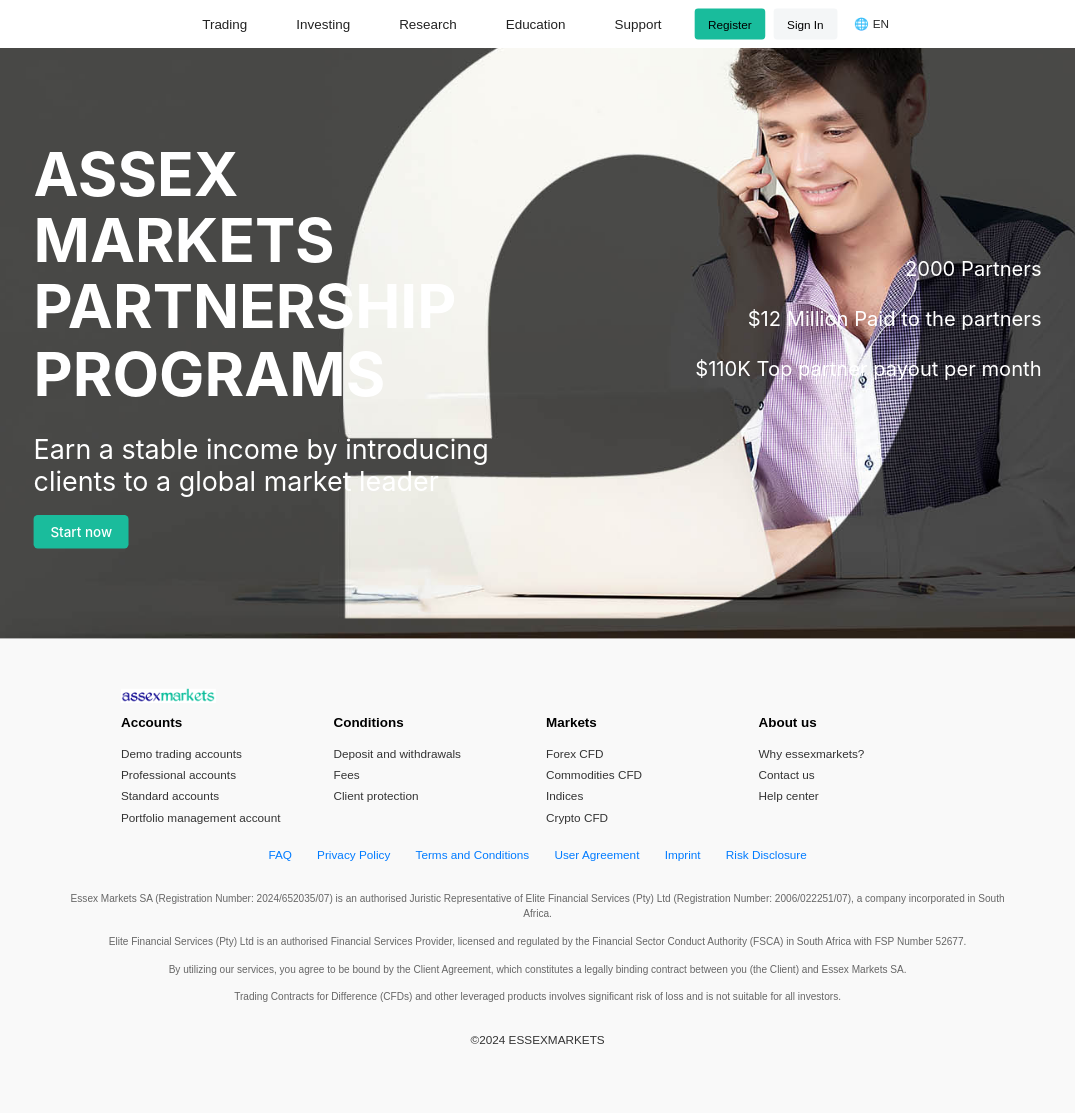
Repository: RevenewMarketing/Assex
Page: /partner
These files come from the project's save history. The page is drawn as it stood at one moment and after the next save; the edit follows.
The browser window is 1280 px wide. The pictures show the whole page, at 84% of full size.
The project was rebuilt for these pictures with package versions that can differ from the ones it lists, and the page was loaded fresh each time. Also part of the build but not shown: vite.config.ts, src/pages/home/sections/HeroSection.module.css, src/pages/home/sections/HeroSection.tsx, src/pages/home/sections/Section2.tsx, src/pages/home/sections/Section3.tsx, src/pages/home/sections/Section4.tsx, src/pages/home/sections/Section5.tsx, src/pages/home/sections/Section6.tsx and 10 more.

Above is the page before, as saved 2024-11-28 00:31:35.

### index.html
<!doctype html>
<html lang="en">
  <head>
    <meta charset="UTF-8" />
    <link rel="icon" type="image/svg+xml" href="/vite.svg" />
    <meta name="viewport" content="width=device-width, initial-scale=1.0" />
    <title>Assex</title>
  </head>
  <body>
    <div id="root"></div>
    <script type="module" src="/src/main.tsx"></script>
  </body>
</html>

### src/index.css
:root {
  font-family: Inter, system-ui, Avenir, Helvetica, Arial, sans-serif;
  line-height: 1.5;
  font-weight: 400;
  color-scheme: light dark;
  color: rgba(255, 255, 255, 0.87);
  background-color: #ffffff;
  font-synthesis: none;
  max-width: 1920px;
  margin: auto;
  text-rendering: optimizeLegibility;
  -webkit-font-smoothing: antialiased;
  -moz-osx-font-smoothing: grayscale;
}

a {
  font-weight: 500;
  color: #646cff;
  text-decoration: inherit;
}

a:hover {
  color: #535bf2;
}

body {
  margin: 0;
  display: flex;
  place-items: center;
  min-width: 320px;
  min-height: 100vh;
  background-color: #FFF;
  /* align-content: center; */
  flex-direction: column;
  justify-content: flex-start;
}

h1 {
  font-size: 3.2em;
  line-height: 1.1;
}

button {
  border-radius: 8px;
  border: 1px solid transparent;
  padding: 0.6em 1.2em;
  font-size: 1em;
  font-weight: 500;
  font-family: inherit;
  background-color: #1a1a1a;
  cursor: pointer;
  transition: border-color 0.25s;
}

button:hover {
  border-color: #646cff;
}

button:focus,
button:focus-visible {
  outline: 4px auto -webkit-focus-ring-color;
}

@media (prefers-color-scheme: light) {
  :root {
    color: #213547;
    background-color: #ffffff;
  }

  a:hover {
    color: #747bff;
  }

  button {
    background-color: #f9f9f9;
  }
}

### src/App.tsx

import './App.css'
// import Navigation from './pages/home/Navigation'
import NavigationMenu from './components/navigation-menu/NavigationMenu'

import { BrowserRouter, Route, Routes } from 'react-router';
import Home from './pages/home/Home';
import Footer from './components/footer-section/Footer';
import About from './pages/about/About';
import Partner from './pages/partner/Partner';

function App() {

  return (
    <>
    <BrowserRouter>
    <NavigationMenu />
    <Routes>
      <Route path="/" element={<Home />} />
      <Route path="/about" element={<About />} />
      <Route path="/partner" element={<Partner />} />
      {/* Define other routes */}
    </Routes>
    <Footer />
  </BrowserRouter>


    </>
  )
}

export default App

### src/App.css
#root {
  max-width: 1920px;
  width: 100%;
  margin: 0 auto;
  padding: 0;
  text-align: center;
}

.logo {
  height: 6em;
  padding: 1.5em;
  will-change: filter;
  transition: filter 300ms;
}
.logo:hover {
  filter: drop-shadow(0 0 2em #646cffaa);
}
.logo.react:hover {
  filter: drop-shadow(0 0 2em #61dafbaa);
}

@keyframes logo-spin {
  from {
    transform: rotate(0deg);
  }
  to {
    transform: rotate(360deg);
  }
}

@media (prefers-reduced-motion: no-preference) {
  a:nth-of-type(2) .logo {
    animation: logo-spin infinite 20s linear;
  }
}

.card {
  padding: 2em;
}

.read-the-docs {
  color: #888;
}

/* Auth Buttons */
.authButtons {
  /* margin-left: auto; */
  display: flex;
  gap: 10px;
}

### src/components/navigation-menu/NavigationMenu.tsx
import { useState } from 'react';
import { Link } from 'react-router';
import styles from './NavigationMenu.module.css';
import ReusableButton from '../ReusableButton';

interface SubmenuItem {
  title: string;
  link: string;
}

interface MenuItem {
  id: number;
  title: string;
  submenu: {
    [key: string]: SubmenuItem[];
  };
}

// Menu data
const menuData: MenuItem[] = [
  {
    id: 1,
    title: 'Trading',
    submenu: {
      accounts: [
        { title: 'Demo trading accounts', link: '/demo-trading-accounts' },
        { title: 'Technical support', link: '/technical-support' },
        { title: 'Account management', link: '/account-management' },
      ],
      conditions: [
        { title: 'Help center', link: '/help-center' },
        { title: 'Contact us', link: '/contact-us' },
        { title: 'FAQs', link: '/faqs' },
      ],
    },
  },
  {
    id: 2,
    title: 'Investing',
    submenu: {
      accounts: [
        { title: 'Retirement accounts', link: '/retirement-accounts' },
        { title: 'Education savings accounts', link: '/education-savings-accounts' },
        { title: 'Brokerage accounts', link: '/brokerage-accounts' },
      ],
      conditions: [
        { title: 'Investment options', link: '/investment-options' },
        { title: 'Fees', link: '/fees' },
        { title: 'Tax advantages', link: '/tax-advantages' },
      ],
    },
  },
  {
    id: 3,
    title: 'Research',
    submenu: {
      accounts: [
        { title: 'Market analysis', link: '/market-analysis' },
        { title: 'Stock research', link: '/stock-research' },
        { title: 'Mutual fund research', link: '/mutual-fund-research' },
      ],
      conditions: [
        { title: 'Research tools', link: '/research-tools' },
        { title: 'Market news', link: '/market-news' },
        { title: 'Analyst reports', link: '/analyst-reports' },
      ],
    },
  },
  {
    id: 4,
    title: 'Education',
    submenu: {
      accounts: [
        { title: 'Webinars', link: '/webinars' },
        { title: 'Tutorials', link: '/tutorials' },
        { title: 'Courses', link: '/courses' },
      ],
      conditions: [
        { title: 'Learning paths', link: '/learning-paths' },
        { title: 'Certifications', link: '/certifications' },
        { title: 'Workshops', link: '/workshops' },
      ],
    },
  },
  {
    id: 5,
    title: 'Support',
    submenu: {
      accounts: [
        { title: 'Customer service', link: '/customer-service' },
        { title: 'Technical support', link: '/technical-support' },
        { title: 'Account management', link: '/account-management' },
      ],
      conditions: [
        { title: 'Help center', link: '/help-center' },
        { title: 'Contact us', link: '/contact-us' },
        { title: 'FAQs', link: '/faqs' },
      ],
    },
  },
];

const buttonLinks = {
  register: 'https://my.assexmarkets.com/auth/register',
  signIn: 'https://my.assexmarkets.com/auth/login',
  freeDemo: 'https://my.assexmarkets.com/auth/login',
  loginText: 'Login',
  registerText: 'Register',
  freeDemoText: 'Try Free Demo',
};


const NavigationMenu: React.FC = () => {
  const [activeMenu, setActiveMenu] = useState<number | null>(null);
  const [isSubmenuVisible, setIsSubmenuVisible] = useState<boolean>(false);
  const [isAnimating, setIsAnimating] = useState<boolean>(false);

  // Handle menu item clicks
  const handleMenuClick = (id: number) => {
    if (id === activeMenu) {
      // If clicking the active menu, initiate closing
      if (!isAnimating && isSubmenuVisible) {
        setIsAnimating(true);
        setIsSubmenuVisible(false);
      }
    } else {
      if (isSubmenuVisible) {
        // If submenu is already open, switch to new menu without fade
        setActiveMenu(id);
      } else {
        // Open submenu with fade in
        setActiveMenu(id);
        setIsSubmenuVisible(true);
      }
    }
  };

  // Handle overlay click to close submenu
  const handleOverlayClick = () => {
    if (activeMenu !== null && !isAnimating && isSubmenuVisible) {
      setIsAnimating(true);
      setIsSubmenuVisible(false);
    }
  };

  // Handle animation end for submenu
  const handleSubmenuAnimationEnd = () => {
    if (!isSubmenuVisible) {
      setActiveMenu(null);
      setIsAnimating(false);
    }
  };

  // Prevent changing activeMenu during fade out animation
  const handleNewMenuClick = (id: number) => {
    if (isAnimating) return; // Do nothing if animating
    handleMenuClick(id);
  };

  const submenu = menuData.find((m) => m.id === activeMenu)?.submenu;

  return (
    <div className={styles.navigationContainer}>
      <nav className={styles.navigationBar}>
        {/* <div className={styles.navLogo}>
         <Link
          to="/"
          className={styles.logo}
         > <img src="../../assets/react.svg" alt="logo" /></Link>
        </div> */}

        {/* Main Menu Items */}
        {menuData.map((menu) => (
          <div key={menu.id} className={styles.menuItemContainer}>
            <button
              className={`${styles.menuItem} ${
                activeMenu === menu.id ? styles.active : ''
              }`}
              onClick={() => handleNewMenuClick(menu.id)}
            >
              {menu.title}
            </button>
          </div>
        ))}

        {/* Register and Sign In Buttons */}
        <div className={'authButtons'}>
          <ReusableButton
            link={buttonLinks.register}
            type={'register'}
            text='Register'
          />
          <ReusableButton
            link={buttonLinks.signIn}
            type={'sign-in'}
            text='Sign In'
          />
          </div>

        {/* Language Selector */}
        <div className={styles.languageSelector}>
          <span className={styles.globeIcon}>🌐</span> EN
        </div>
      </nav>

      {/* Submenu Drawer */}
      {activeMenu !== null && (
        <div
          className={`${styles.submenu} ${
            isSubmenuVisible ? styles.fadeIn : styles.fadeOut
          }`}
          onAnimationEnd={handleSubmenuAnimationEnd}
        >
          <div className={styles.submenuContent}>
            {submenu &&
              Object.keys(submenu).map((key) => (
                <div className={styles.submenuSection} key={key}>
                  <h4 className={styles.submenuHeading}>
                    {key.charAt(0).toUpperCase() + key.slice(1)}
                  </h4>
                  {submenu[key].map((item, index) => (
                    <Link to={item.link} key={index} className={styles.submenuLink}>
                      <p>{item.title}</p>
                    </Link>
                  ))}
                </div>
              ))}
          </div>
        </div>
      )}

      {/* Overlay */}
      {isSubmenuVisible && (
        <div
          className={`${styles.overlay} ${
            isSubmenuVisible ? styles.fadeInOverlay : styles.fadeOutOverlay
          }`}
          onClick={handleOverlayClick}
        ></div>
      )}

      {/* Dummy Page Content */}
      <div
        className={`${styles.pageContent} ${
          isSubmenuVisible ? styles.dimmed : ''
        }`}
      >

      </div>
    </div>
  );
};

export default NavigationMenu;

### src/components/footer-section/Footer.tsx

import styles from './FooterStyles.module.css';
import essexLogo from '../../assets/pages/Global/2-Footer/1AssexMarket-WordMark.png';
import { Link } from 'react-router';

const footerContent = {
  accounts: [
    'Demo trading accounts',
    'Professional accounts',
    'Standard accounts',
    'Portfolio management account',
  ],
  conditions: ['Deposit and withdrawals', 'Fees', 'Client protection'],
  markets: ['Forex CFD', 'Commodities CFD', 'Indices', 'Crypto CFD'],
  aboutUs: ['Why essexmarkets?', 'Contact us', 'Help center'],
  links: ['FAQ', 'Privacy Policy', 'Terms and Conditions', 'User Agreement', 'Imprint', 'Risk Disclosure'],
  details: [
    'Essex Markets SA (Registration Number: 2024/652035/07) is an authorised Juristic Representative of Elite Financial Services (Pty) Ltd (Registration Number: 2006/022251/07), a company incorporated in South Africa.',
    'Elite Financial Services (Pty) Ltd is an authorised Financial Services Provider, licensed and regulated by the Financial Sector Conduct Authority (FSCA) in South Africa with FSP Number 52677.',
    'By utilizing our services, you agree to be bound by the Client Agreement, which constitutes a legally binding contract between you (the Client) and Essex Markets SA.',
    'Trading Contracts for Difference (CFDs) and other leveraged products involves significant risk of loss and is not suitable for all investors.',
  ],
};

const Footer: React.FC = () => {
  return (
    <footer className={styles.footerContainer}>
      <div className={styles.logoContainer}>
        <img src={essexLogo} alt="Essex Markets Logo" />
      </div>
      <div className={styles.columnsContainer}>
        <div>
          <h4>Accounts</h4>
          <ul>
            {footerContent.accounts.map((account, index) => (
              <li key={index}>{account}</li>
            ))}
          </ul>
        </div>
        <div>
          <h4>Conditions</h4>
          <ul>
            {footerContent.conditions.map((condition, index) => (
              <li key={index}>{condition}</li>
            ))}
          </ul>
        </div>
        <div>
          <h4>Markets</h4>
          <ul>
            {footerContent.markets.map((market, index) => (
              <li key={index}>{market}</li>
            ))}
          </ul>
        </div>
        <div>
          <Link
            to="/about"

           ><h4>About us</h4></Link>
          <ul>
            {footerContent.aboutUs.map((about, index) => (
              <li key={index}>{about}</li>
            ))}
          </ul>
        </div>
      </div>
      <div className={styles.linksContainer}>
        {footerContent.links.map((link, index) => (
          <a href="#" key={index}>
            {link}
          </a>
        ))}
      </div>
      <div className={styles.details}>
        {footerContent.details.map((detail, index) => (
          <p key={index}>{detail}</p>
        ))}
      </div>
      <div className={styles.copyright}>
        <p>©2024 ESSEXMARKETS</p>
      </div>
    </footer>
  );
};

export default Footer;

### src/pages/partner/Partner.tsx
import Section1 from "./sections/Section1"


const Partner = () => {
  return (
    <div>
      <Section1 />
    </div>
  )
}

export default Partner

### src/components/navigation-menu/NavigationMenu.module.css
.navigationContainer {
  position: relative;
  font-family: Arial, sans-serif;
}

/* Navigation Bar */
.navigationBar {
  position: fixed;
  top: 0;
  left: 0;
  width: 100%;
  display: flex;
  background-color: #ffffff;
  padding: 10px 20px;
  box-sizing: border-box;
  z-index: 1001;
  justify-content: center;
}

/* Menu Item Container */
.menuItemContainer {
  margin-right: 20px;
}

/* Menu Items */
.menuItem {
  background: none;
  border: none;
  color: rgb(34, 34, 34);
  font-size: 16px;
  cursor: pointer;
  transition: opacity 0.3s;
}

.menuItem:hover {
  opacity: 0.7;
}

.active {
  opacity: 0.5;
}



.languageSelector {
  margin-left: 20px;
  display: flex;
  align-items: center;
  font-size: 14px;
  color: #000000d8;
  cursor: pointer;
}

.globeIcon {
  margin-right: 5px;

}

/* Submenu */
.submenu {
  position: fixed;
  top: 50px;
  left: 0;
  width: 100%;
  height: 300px;
  background-color: #ffffff;
  box-shadow: 0 4px 8px rgba(0, 0, 0, 0.2);
  padding: 20px;
  box-sizing: border-box;
  z-index: 1000;
  opacity: 0;
  transform: translateY(-100%);
}

.submenuContent {
  display: flex
  ;
      justify-content: flex-start;
      gap: 10dvw;
      padding: 0 5dvw;
}

.submenuSection h4 {
  color: #0000003d;
}

.submenuSection {
  text-align: left;
}

.submenuSection a {
  color: #000000;
  text-decoration: none;
  cursor: pointer;
  transition: color 0.3s;
}

.submenuSection a:hover {
  color: #00b074;
  transition: color 0.3s;
}

/* Fade In Animation */
.fadeIn {
  animation: slide-in-top 0.3s cubic-bezier(0.25, 0.46, 0.45, 0.94) forwards;
}

@keyframes slide-in-top {
  0% {
    transform: translateY(-100%);
    opacity: 0;
  }
  100% {
    transform: translateY(0);
    opacity: 1;
  }
}

/* Fade Out Animation */
.fadeOut {
  animation: slide-out-top 0.3s cubic-bezier(0.25, 0.46, 0.45, 0.94) forwards;
}

@keyframes slide-out-top {
  0% {
    transform: translateY(0);
    opacity: 1;
  }
  100% {
    transform: translateY(-100%);
    opacity: 0;
  }
}

/* Overlay */
.overlay {
  position: fixed;
  top: 50px;
  left: 0;
  width: 100%;
  height: calc(100% - 50px);
  background: rgba(0, 0, 0, 0.5);
  z-index: 999;
  opacity: 0;
  visibility: hidden;
  transition: opacity 0.3s ease, visibility 0.3s ease;
}

.fadeInOverlay {
  opacity: 1;
  visibility: visible;
  backdrop-filter: blur(5px);
}

.fadeOutOverlay {
  opacity: 0;
  visibility: hidden;
}

/* Page Content */
.pageContent {
  /* padding: 80px 20px 20px 20px; */
  transition: opacity 0.3s;
}

.dimmed {
  opacity: 0.3;
}

### src/components/ReusableButton.tsx

import styles from './GlobalComponentStyles.module.css';

type Props = {
  link?: string;
  text: string;
  type: 'register' | 'sign-in' | 'logout' | 'profile' | 'settings' | 'help' | 'free-trial' | 'learn-more' | 'dark' | 'light';
};

export default function ReusableButton({ link, text, type }: Props) {
  return (
      <button
      style={{
        backgroundColor: type === 'register' ? '#19BC9C' :
        type === 'sign-in' ? '#F4F6F7' :
        type === 'logout' ? '#FF6347' :
        type === 'profile' ? '#FFA07A' :
        type === 'settings' ? '#FF7F50' :
        type === 'help' ? '#FFA500' :
        type === 'free-trial' ? '#FFD700' :
        type === 'learn-more' ? '#FF4500' :
        type === 'dark' ? '#4C4B4D' :
        type === 'light' ? '#fff' : '#000',
        color: type === 'dark' ? '#fff' : '#000'
      }}
        className={styles.registerButton}
        onClick={() => window.open(link, '_blank')}
      >{text}
      </button>

  );
}

### src/components/footer-section/FooterStyles.module.css
.footerContainer {
  background-color: #f9f9f9;
  color: #333;
  padding: 60px 20px;
  font-family: Arial, sans-serif;
  font-size: 14px;
  line-height: 1.8;
}

.footerContainer h4 {
  font-size: 16px;
  font-weight: bold;
  margin-bottom: 10px;
  color: #000;
  text-align: left;
  margin-top: 0;
}

.footerContainer ul {
  list-style-type: none;
  padding: 0;
  margin: 0;
  text-align: left;
}

.footerContainer ul li {
  margin-bottom: 0px;
  cursor: pointer;
}

.footerContainer ul li:hover {
  color: #00b894;
}

.footerContainer .columnsContainer {
  display: flex
  ;
      justify-content: space-between;
      gap: 20px;
      flex-wrap: wrap;
      margin-bottom: 40px;
      width: 80%;
      margin: auto;
}

.footerContainer .columnsContainer > div {
  flex: 1;
  min-width: 180px; /* Ensures alignment and proper spacing */
}



.footerContainer .linksContainer {
  text-align: center;
  margin: 20px 0 30px;
}

.footerContainer .linksContainer a {
  color: #007bff;
  text-decoration: none;
  margin: 0 15px;
  font-size: 14px;
}

.footerContainer .linksContainer a:hover {
  text-decoration: underline;
}

.footerContainer .details {
  font-size: 12px;
  color: #666;
  line-height: 1.5;
  margin: 20px auto;
  text-align: center;
  width: 90%;
}

.footerContainer .details p {
  margin-bottom: 15px;
}

.footerContainer .logoContainer {
  text-align: left;
  margin: auto;
  width: 80%;
}

.footerContainer .logoContainer img {
  max-width: 150px;
}

.footerContainer .copyright {
  text-align: center;
  font-size: 14px;
  margin-top: 30px;
}

### src/pages/partner/sections/Section1.tsx
import styles from './Section1.module.css';
import backgroundImage from '../../../assets/pages/Partner/1-hero-banner-partner.jpg';

const section1Content = {
  title: "ASSEX MARKETS PARTNERSHIP PROGRAMS",
  description: "Earn a stable income by introducing clients to a global market leader",
  backgroundImage: backgroundImage, // Replace with your background image path
};

const Section1: React.FC = () => {
  return (
    <section
      style={{
        backgroundImage: `url(${section1Content.backgroundImage})`,
      }}
      className={styles.section1}
    >
      <div className={styles.overlay}></div>
      <div className={styles.content}>
        <h1 className={styles.title}>{section1Content.title}</h1>
        <p className={styles.description}>{section1Content.description}</p>
        <button className={styles.startButton}>Start now</button>
      </div>
      <div className={styles.details}>
        <p>2000 Partners</p>
        <p>$12 Million Paid to the partners</p>
        <p>$110K Top partner payout per month</p>
      </div>
    </section>
  );
};

export default Section1;

### src/components/GlobalComponentStyles.module.css


.registerButton {
  background-color: #00b074;
  color: white;
  border: none;
  padding: 8px 16px;
  font-size: 14px;
  border-radius: 4px;
  cursor: pointer;
}

.signInButton {
  background-color: #f4f4f4;
  color: #333;
  border: 1px solid #ccc;
  padding: 8px 16px;
  font-size: 14px;
  border-radius: 4px;
  cursor: pointer;
}

### src/pages/partner/sections/Section1.module.css
.section1 {
  position: relative;
  background-size: cover;
  background-position: center;
  height: 760px;
  display: flex;
  align-items: center;
  justify-content: space-between;
  color: white;
  padding: 0 40px;
}

.overlay {
  position: absolute;
  top: 0;
  right: 0;
  width: 100%; /* Adjusts the gradient coverage */
  height: 100%;

  z-index: 1;
}

.content {
  position: relative;
  z-index: 2;
  max-width: 50%;
  text-align: left;
}

.title {
  font-size: 4.5rem;
  font-weight: bold;
  margin-bottom: 20px;
  text-transform: uppercase;
}

.description {
  font-size: 2rem;
  line-height: 1.2;
  margin-bottom: 20px;
}

.startButton {
  padding: 10px 20px;
  background-color: #1ABC9C;
  color: white;
  border: none;
  border-radius: 5px;
  cursor: pointer;
  font-size: 1rem;
}

.details {
  position: relative;
  z-index: 2;
  max-width: 50%;
  text-align: right;
  margin-left: auto;
}

.details p {
  font-size: 1.5rem;
  line-height: 1.5;
}

Loaded but not shown: src/main.tsx (common file)

After the next save:
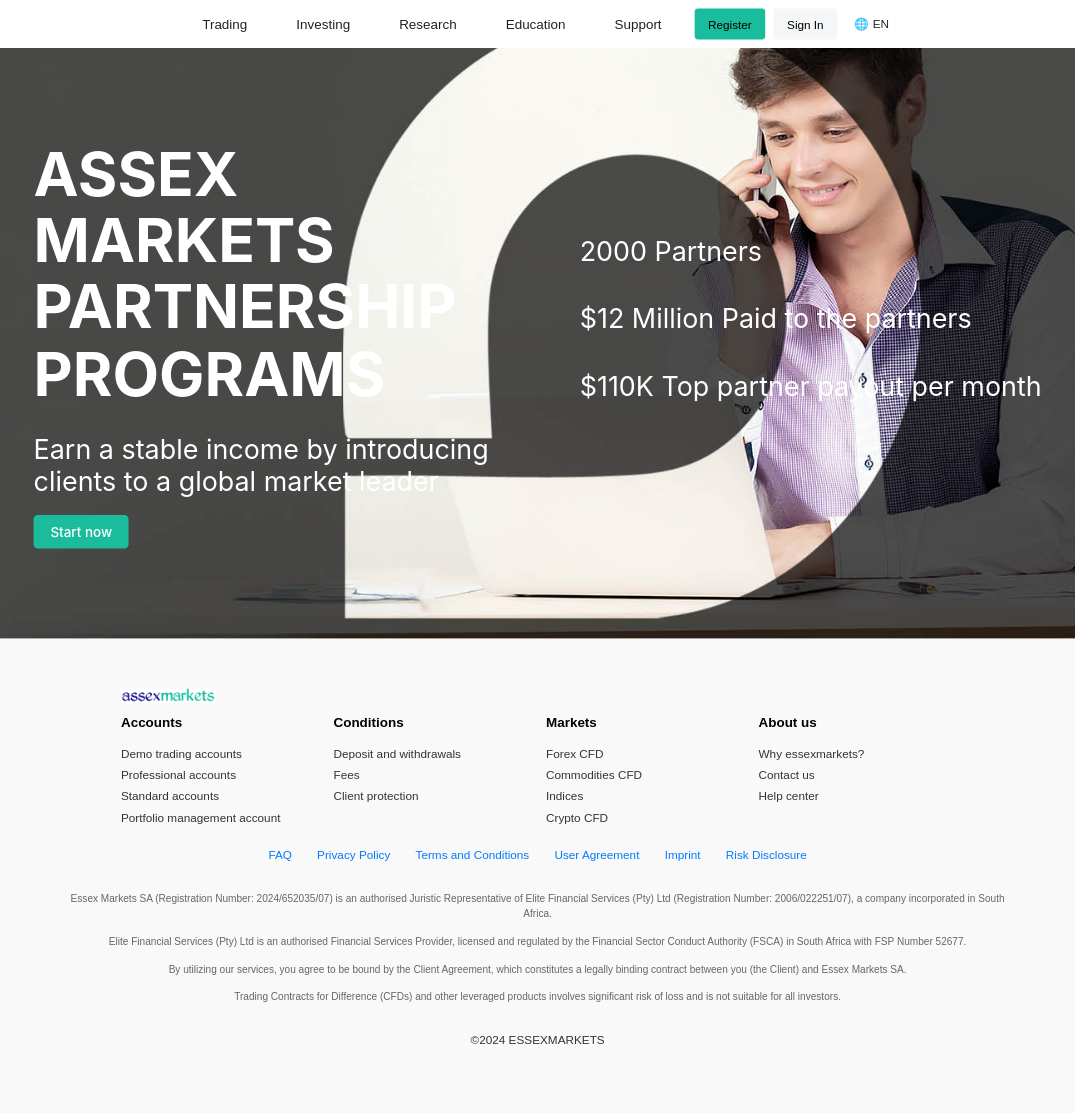
Saved 40 s later.
--- a/src/pages/partner/sections/Section1.module.css
+++ b/src/pages/partner/sections/Section1.module.css
@@ -54,11 +54,11 @@
   position: relative;
   z-index: 2;
   max-width: 50%;
-  text-align: right;
+  text-align: left;
   margin-left: auto;
 }
 
 .details p {
-  font-size: 1.5rem;
+  font-size: 2rem;
   line-height: 1.5;
 }
